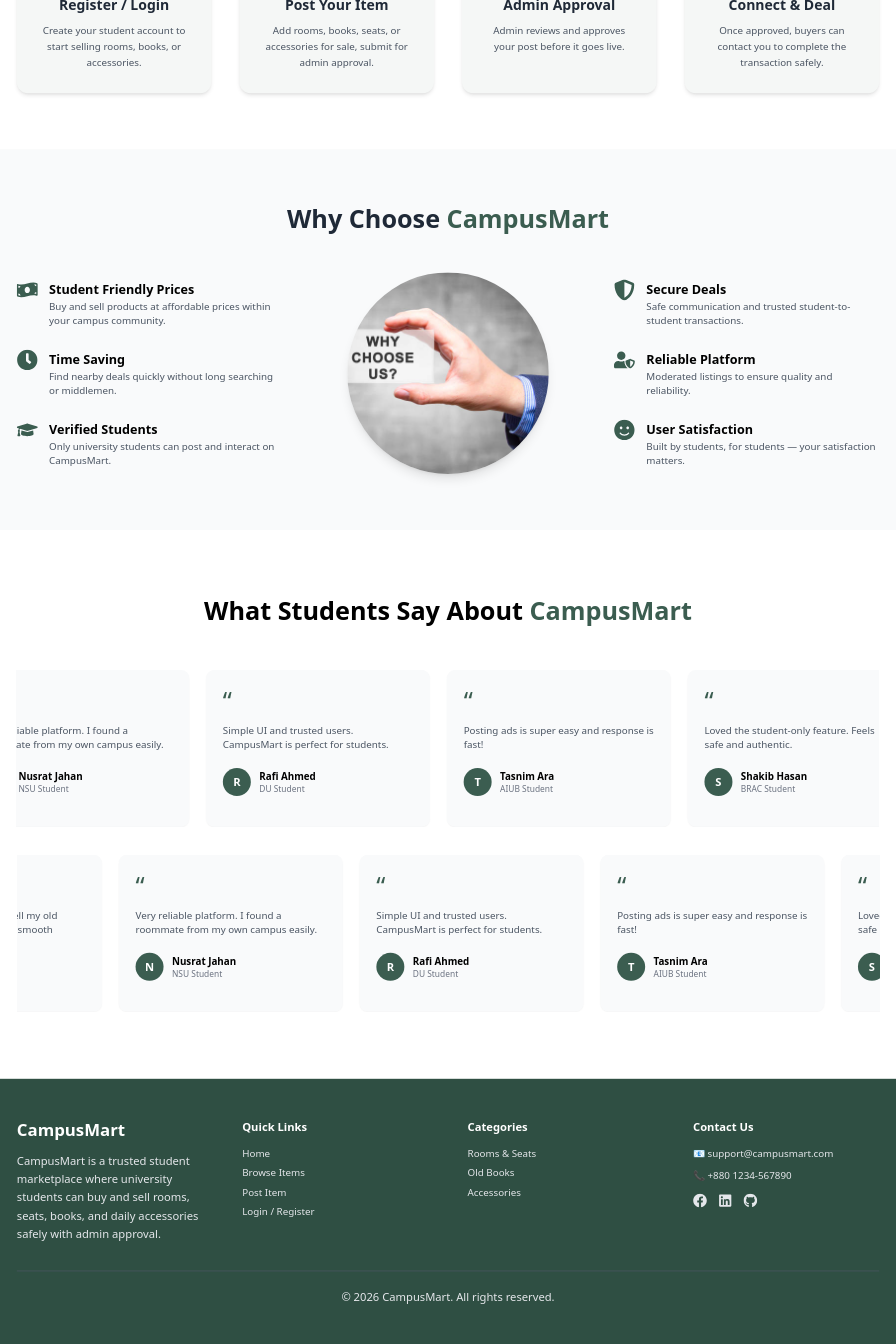
Repository: jahidhasanri/CAMPUSMART
Page: /
These files come from the project's save history. The page is drawn as it stood at one moment and after the next save; the edit follows.
The browser window is 1280 px wide. The pictures show the part of the page from y = 2293 to 4213 px (the page is 4213 px tall before and 4205 px after), at 70% of full size.
The project was rebuilt for these pictures with package versions that can differ from the ones it lists, and the page was loaded fresh each time. Also part of the build but not shown: vite.config.js, src/Pages/Login.jsx, src/Pages/Register.jsx, src/Pages/Posts.jsx.

Above is the page before, as saved 2026-01-19 00:12:04.

### index.html
<!doctype html>
<html lang="en">
  <head>
    <meta charset="UTF-8" />
    <link rel="icon" type="image/svg+xml" href="/vite.svg" />
    <meta name="viewport" content="width=device-width, initial-scale=1.0" />
    <title>campusmart</title>
  </head>
  <body>
    <div id="root"></div>
    <script type="module" src="/src/main.jsx"></script>
  </body>
</html>

### src/main.jsx
import { StrictMode } from 'react'
import { createRoot } from 'react-dom/client'
import './index.css'
import { RouterProvider } from 'react-router-dom'
import Router from './router/Router.jsx'


createRoot(document.getElementById('root')).render(
  <StrictMode>
    <RouterProvider router={Router} />
  </StrictMode>,
)

### src/index.css
@tailwind base;
@tailwind components;
@tailwind utilities;
@keyframes marquee {
  0% {
    transform: translateX(-50%);
  }
  100% {
    transform: translateX(0%);
  }
}

@keyframes marquee-reverse {
  0% {
    transform: translateX(0%);
  }
  100% {
    transform: translateX(-50%);
  }
}

.animate-marquee {
  animation: marquee 20s linear infinite;
}

.animate-marquee-reverse {
  animation: marquee-reverse 20s linear infinite;
}

### src/router/Router.jsx
import { createBrowserRouter } from "react-router-dom";
import Home from "../Pages/Home.jsx";
import Main from "../components/Main.jsx";
import Login from "../Pages/Login.jsx";
import Register from "../Pages/Register.jsx";
import Posts from "../Pages/Posts.jsx";


const Router = createBrowserRouter([
  {
    path: "/",
    element: <Main></Main>,
    children:[
        {
            index:true,
            element:<Home></Home>
        },
        {
          path:"/login",
          element:<Login></Login>
        },
        {
          path:"/register",
          element:<Register></Register>
        },
        {
          path:"/posts",
          element:<Posts></Posts>
        }
    ]
  },
]);

export default Router;

### src/Pages/Home.jsx
import React from 'react';
import Banner from '../components/Banner';
import Categories from '../components/Category';
import HowItWorks from '../components/HowItWorks';
import Posts from '../components/Posts';
import WhyChooseUs from '../components/WhyChooseUs';
import Testimonials from '../components/Testimonials';

const Home = () => {
    return (
        <div>
            <Banner></Banner>
            <Categories></Categories>
            <Posts></Posts>
            <HowItWorks></HowItWorks>
            <WhyChooseUs></WhyChooseUs>
            <Testimonials></Testimonials>
        </div>
    );
};

export default Home;

### src/components/Main.jsx
import React from 'react';
import { Outlet } from 'react-router-dom';
import Navbar from './Navbar';
import Footer from './Footer';

const Main = () => {
    return (
        <div className=''>
            <Navbar></Navbar>
            <div className="min-h-[calc(100vh-422px)]">

            <Outlet></Outlet>
            </div>
            <Footer></Footer>
        </div>
    );
};

export default Main;

### src/components/Banner.jsx
import { useState, useEffect } from "react";

const slides = [
  {
    title: "Find Rooms & Seats Inside Your Campus",
    subtitle:
      "Easily find or post available rooms and seats within your university area with admin approval.",
    image: "/images/room1.png",
  },
  {
    title: "Buy & Sell Previous Semester Books",
    subtitle:
      "Save money by buying used books or sell your old semester books to juniors.",
    image: "/images/books.png",
  },
  {
    title: "Student Accessories Marketplace",
    subtitle:
      "Calculator, table lamp, chair, bag and other student essentials - all in one place.",
    image: "/images/product-3.png",
  },
];

const Banner = () => {
  const [current, setCurrent] = useState(0);

  // auto slide
  useEffect(() => {
    const interval = setInterval(() => {
      setCurrent((prev) => (prev + 1) % slides.length);
    }, 10000);

    return () => clearInterval(interval);
  }, []);

  return (
    <div className="w-full bg-[#3b5d50]">
      <div className="max-w-[1300px] mx-auto px-4 py-20">
        <div className="grid grid-cols-1 md:grid-cols-2 items-center gap-10">

          {/* LEFT CONTENT */}
          <div className="text-white">
            <h1 className="text-3xl md:text-5xl font-bold mb-4 leading-tight">
              {slides[current].title}
            </h1>

            <p className="text-gray-200 text-lg mb-8">
              {slides[current].subtitle}
            </p>

            <div className="flex gap-4 flex-wrap">
              <button className="bg-white text-[#3b5d50] px-6 py-3 rounded-lg font-semibold hover:bg-gray-200 transition">
                Browse Items
              </button>
              <button className="border border-white px-6 py-3 rounded-lg font-semibold hover:bg-white hover:text-[#3b5d50] transition">
                Post an Item
              </button>
            </div>
          </div>

          {/* RIGHT IMAGE */}
          <div className="flex justify-center">
            <img
              src={slides[current].image}
              alt="banner"
              className="w-full max-h-[350px] max-w-[550px] object-contain"
            />
          </div>
        </div>

        {/* DOTS */}
        <div className="flex justify-center mt-10 gap-3">
          {slides.map((_, index) => (
            <button
              key={index}
              onClick={() => setCurrent(index)}
              className={`h-3 w-3 rounded-full ${
                current === index ? "bg-white" : "bg-gray-400"
              }`}
            ></button>
          ))}
        </div>
      </div>
    </div>
  );
};

export default Banner;

### src/components/Category.jsx
/* eslint-disable no-unused-vars */

import { motion } from "framer-motion";
import { FaHome, FaBook, FaShoppingBag } from "react-icons/fa";

const categories = [
  {
    title: "Rooms & Seats",
    desc: "Find or rent rooms and seats near your campus easily.",
    icon: <FaHome />,
  },
  {
    title: "Old Books",
    desc: "Buy and sell previous semester books at affordable prices.",
    icon: <FaBook />,
  },
  {
    title: "Accessories",
    desc: "Daily student essentials like bags, calculators, gadgets & more.",
    icon: <FaShoppingBag />,
  },
];

const fadeUp = {
  hidden: { opacity: 0, y: 60 },
  visible: {
    opacity: 1,
    y: 0,
    transition: {
      duration: 0.7,
      ease: "easeOut",
    },
  },
};

const Categories = () => {
  return (
    <section className="py-20 bg-[#f5f7f6]">
      <div className="max-w-[1300px] mx-auto px-6">

        {/* TITLE */}
        <motion.div
          variants={fadeUp}
          initial="hidden"
          whileInView="visible"
          viewport={{ once: true }}
          className="text-center mb-16"
        >
          <h2 className="text-3xl md:text-4xl font-bold text-gray-800 mb-4">
            Browse by Category
          </h2>
          <p className="text-gray-600 max-w-xl mx-auto">
            Explore categories specially designed for university students.
          </p>
        </motion.div>

        {/* CARDS */}
        <div className="grid grid-cols-1 md:grid-cols-2 lg:grid-cols-3 gap-10">
          {categories.map((item, index) => (
            <motion.div
              key={index}
              variants={fadeUp}
              initial="hidden"
              whileInView="visible"
              viewport={{ once: true }}
              transition={{ delay: index * 0.15 }}
              className="bg-white rounded-2xl p-8 shadow-md hover:shadow-lg transition-shadow duration-300"
            >
              <div className="text-4xl text-[#3b5d50] mb-6">
                {item.icon}
              </div>

              <h3 className="text-xl font-semibold text-gray-800 mb-3">
                {item.title}
              </h3>

              <p className="text-gray-600 text-sm leading-relaxed">
                {item.desc}
              </p>
            </motion.div>
          ))}
        </div>

      </div>
    </section>
  );
};

export default Categories;

### src/components/WhyChooseUs.jsx
import { FaClock, FaUserShield, FaSmile, FaGraduationCap, FaMoneyBillWave, FaShieldAlt } from "react-icons/fa";
import { motion } from "framer-motion";

const features = [
  {
    icon: <FaMoneyBillWave />,
    title: "Student Friendly Prices",
    desc: "Buy and sell products at affordable prices within your campus community."
  },
  {
    icon: <FaClock />,
    title: "Time Saving",
    desc: "Find nearby deals quickly without long searching or middlemen."
  },
  {
    icon: <FaGraduationCap />,
    title: "Verified Students",
    desc: "Only university students can post and interact on CampusMart."
  },
  {
    icon: <FaShieldAlt />,
    title: "Secure Deals",
    desc: "Safe communication and trusted student-to-student transactions."
  },
  {
    icon: <FaUserShield />,
    title: "Reliable Platform",
    desc: "Moderated listings to ensure quality and reliability."
  },
  {
    icon: <FaSmile />,
    title: "User Satisfaction",
    desc: "Built by students, for students — your satisfaction matters."
  },
];

// 🔥 Animation Variant
const fadeUp = {
  hidden: { opacity: 0, y: 60 },
  visible: { opacity: 1, y: 0 }
};

const WhyChooseUs = () => {
  return (
    <section className="py-20 bg-gray-50 overflow-hidden">
      <div className="max-w-7xl mx-auto px-6">

        {/* Title */}
        <motion.h2
          variants={fadeUp}
          initial="hidden"
          whileInView="visible"
          viewport={{ once: true }}
          transition={{ duration: 0.6 }}
          className="text-4xl font-bold text-center text-gray-800 mb-14"
        >
          Why Choose <span className="text-[#3b5d50]">CampusMart</span>
        </motion.h2>

        <div className="grid grid-cols-1 lg:grid-cols-3 gap-12 items-center">

          {/* Left Features */}
          <div className="space-y-8">
            {features.slice(0, 3).map((item, index) => (
              <motion.div
                key={index}
                variants={fadeUp}
                initial="hidden"
                whileInView="visible"
                viewport={{ once: true }}
                transition={{ duration: 0.6, delay: index * 0.15 }}
                className="flex items-start gap-4"
              >
                <div className="text-[#3b5d50] text-3xl">
                  {item.icon}
                </div>
                <div>
                  <h4 className="font-semibold text-lg">{item.title}</h4>
                  <p className="text-gray-600 text-sm">{item.desc}</p>
                </div>
              </motion.div>
            ))}
          </div>

          {/* Center Image */}
          <motion.div
            variants={fadeUp}
            initial="hidden"
            whileInView="visible"
            viewport={{ once: true }}
            transition={{ duration: 0.8 }}
            className="flex justify-center"
          >
            <img
              src="/images/whyChooseUs.jpg"
              alt="CampusMart Student"
              className="w-72 h-72 object-cover rounded-full shadow-lg"
            />
          </motion.div>

          {/* Right Features */}
          <div className="space-y-8">
            {features.slice(3).map((item, index) => (
              <motion.div
                key={index}
                variants={fadeUp}
                initial="hidden"
                whileInView="visible"
                viewport={{ once: true }}
                transition={{ duration: 0.6, delay: index * 0.15 }}
                className="flex items-start gap-4"
              >
                <div className="text-[#3b5d50] text-3xl">
                  {item.icon}
                </div>
                <div>
                  <h4 className="font-semibold text-lg">{item.title}</h4>
                  <p className="text-gray-600 text-sm">{item.desc}</p>
                </div>
              </motion.div>
            ))}
          </div>

        </div>
      </div>
    </section>
  );
};

export default WhyChooseUs;

### src/components/Testimonials.jsx
const testimonials = [
  {
    name: "Arafat Hossain",
    role: "BUBT Student",
    text: "CampusMart helped me sell my old books within hours. Super smooth experience!"
  },
  {
    name: "Nusrat Jahan",
    role: "NSU Student",
    text: "Very reliable platform. I found a roommate from my own campus easily."
  },
  {
    name: "Rafi Ahmed",
    role: "DU Student",
    text: "Simple UI and trusted users. CampusMart is perfect for students."
  },
  {
    name: "Tasnim Ara",
    role: "AIUB Student",
    text: "Posting ads is super easy and response is fast!"
  },
  {
    name: "Shakib Hasan",
    role: "BRAC Student",
    text: "Loved the student-only feature. Feels safe and authentic."
  },
];

const Testimonials = () => {
  return (
    <section className="py-24 bg-white overflow-hidden">
      <div className="max-w-7xl mx-auto px-6">

        {/* Title */}
        <h2 className="text-4xl font-bold text-center mb-16">
          What Students Say About <span className="text-[#3b5d50]">CampusMart</span>
        </h2>

        {/* TOP ROW → LEFT TO RIGHT */}
        <div className="relative mb-10 overflow-hidden">
          <div className="flex gap-6 animate-marquee hover:[animation-play-state:paused]">
            {[...testimonials, ...testimonials].map((item, i) => (
              <TestimonialCard key={i} {...item} />
            ))}
          </div>
        </div>

        {/* BOTTOM ROW → RIGHT TO LEFT */}
        <div className="relative overflow-hidden">
          <div className="flex gap-6 animate-marquee-reverse hover:[animation-play-state:paused]">
            {[...testimonials, ...testimonials].map((item, i) => (
              <TestimonialCard key={i} {...item} />
            ))}
          </div>
        </div>

      </div>
    </section>
  );
};

const TestimonialCard = ({ name, role, text }) => {
  return (
    <div className="min-w-[320px] max-w-[320px] bg-gray-50 rounded-xl p-6 shadow-sm">
      <p className="text-4xl text-[#3b5d50] mb-3">“</p>
      <p className="text-gray-600 text-sm mb-6">{text}</p>

      <div className="flex items-center gap-3">
        <div className="w-10 h-10 rounded-full bg-[#3b5d50] text-white flex items-center justify-center font-semibold">
          {name.charAt(0)}
        </div>
        <div>
          <h4 className="text-sm font-semibold">{name}</h4>
          <p className="text-xs text-gray-500">{role}</p>
        </div>
      </div>
    </div>
  );
};

export default Testimonials;

### src/components/Navbar.jsx

import { useState } from "react";
import { Link } from "react-router-dom";
import { TiShoppingCart } from "react-icons/ti";
import { HiMenuAlt3, HiX } from "react-icons/hi";

const Navbar = () => {
  const [menuOpen, setMenuOpen] = useState(false);

  const navLinks = [
    { name: "HOME", path: "/" },
    { name: "POSTS", path: "/products" },
    { name: "SERVICES", path: "/services" },
    { name: "ABOUT US", path: "/about" },
    { name: "BLOG", path: "/blog" },
    { name: "CONTACT", path: "/contact" },
  ];

  return (
    <header className="bg-[#3b5d50] text-white">
      <div className="max-w-[1300px]  mx-auto px-2 py-5">
        <div className="flex items-center justify-between h-16">

          {/* Logo */}
         <Link href={'/'}>
          <img src="/images/campu_logo-removebg-preview.png" className="w-[150px] h-26" alt="Green Nest Logo" />
         </Link>

          {/* Desktop Menu (lg only) */}
          <ul className="hidden lg:flex gap-10 font-normal text-sm">
            {navLinks.map((link) => {
              return (
                <li key={link.path}>
                  <Link
                    href={link.path}
                    className={`pb-1 transition-all duration-300`}
                  >
                    {link.name}
                  </Link>
                </li>
              );
            })}
          </ul>

          {/* Cart + Login (md and up) */}
          <Link href={'/login'} className="hidden md:flex items-center gap-6">
            <TiShoppingCart
              size={26}
              className="cursor-pointer hover:text-[#5a8139]"
            />
            <Link to={'/login'} className="bg-white text-[#3b5d50] px-6 py-2 rounded-lg font-semibold hover:bg-gray-200 transition">
                Login
              </Link>
          </Link>

          {/* Hamburger (md & sm only) */}
          <div className="lg:hidden">
            <button onClick={() => setMenuOpen(!menuOpen)}>
              {menuOpen ? <HiX size={28} /> : <HiMenuAlt3 size={28} />}
            </button>
          </div>
        </div>

        {/* Mobile + Tablet Menu */}
        {menuOpen && (
          <div className="lg:hidden mt-4">
            <ul className="flex flex-col gap-4 font-medium">
              {navLinks.map((link) => {
                return (
                  <li key={link.path}>
                    <Link
                      href={link.path}
                      onClick={() => setMenuOpen(false)}
                      className={`block pb-1`}
                    >
                      {link.name}
                    </Link>
                  </li>
                );
              })}
            </ul>

                <Link href={'/login'} className=" md:hidden items-center gap-6">
            <TiShoppingCart
              size={26}
              className="cursor-pointer mb-5 mt-5 hover:text-[#5a8139]"
            />
            <button className="bg-[#5a8139] mb-5 hover:bg-[#5b8139d7] px-4 py-1.5 cursor-pointer rounded">
              Login
            </button>
          </Link>

          </div>
        )}
      </div>
    </header>
  );
};

export default Navbar;

### src/components/Footer.jsx
import { FaFacebook, FaLinkedin, FaGithub } from "react-icons/fa";

const Footer = () => {
  return (
    <footer className="bg-[#2f4f43] text-gray-200">
      <div className="max-w-[1300px] mx-auto px-6 py-14">
        <div className=" grid grid-cols-1 md:grid-cols-2 lg:grid-cols-4 gap-14">

          {/* BRAND */}
          <div className="">
            <h2 className="text-2xl font-bold text-white mb-4">
              CampusMart
            </h2>
            <p className="text-[16px] leading-relaxed">
              CampusMart is a trusted student marketplace where university
              students can buy and sell rooms, seats, books, and daily
              accessories safely with admin approval.
            </p>
          </div>

          {/* QUICK LINKS */}
          <div>
            <h3 className="text-[16px] font-semibold text-white mb-4">
              Quick Links
            </h3>
            <ul className="space-y-2 text-sm">
              <li className="hover:text-white cursor-pointer">Home</li>
              <li className="hover:text-white cursor-pointer">Browse Items</li>
              <li className="hover:text-white cursor-pointer">Post Item</li>
              <li className="hover:text-white cursor-pointer">Login / Register</li>
            </ul>
          </div>

          {/* CATEGORIES */}
          <div>
            <h3 className="text-[16px] font-semibold text-white mb-4">
              Categories
            </h3>
            <ul className="space-y-2 text-sm">
              <li className="hover:text-white cursor-pointer">Rooms & Seats</li>
              <li className="hover:text-white cursor-pointer">Old Books</li>
              <li className="hover:text-white cursor-pointer">Accessories</li>
            </ul>
          </div>

          {/* CONTACT */}
          <div>
            <h3 className="text-[16px] font-semibold text-white mb-4">
              Contact Us
            </h3>
            <p className="text-sm mb-3">📧 support@campusmart.com</p>
            <p className="text-sm mb-4">📞 +880 1234-567890</p>

            <div className="flex gap-4 text-xl">
              <FaFacebook className="hover:text-white cursor-pointer" />
              <FaLinkedin className="hover:text-white cursor-pointer" />
              <FaGithub className="hover:text-white cursor-pointer" />
            </div>
          </div>

        </div>

        {/* BOTTOM */}
        <div className="border-t border-gray-600 mt-10 pt-6 text-center text-[16px]">
          © {new Date().getFullYear()} CampusMart. All rights reserved.
        </div>
      </div>
    </footer>
  );
};

export default Footer;

Loaded but not shown: tailwind.config.js (common file); src/components/Posts.jsx (201 lines, source omitted); src/components/HowItWorks.jsx (92 lines, source omitted)

After the next save:
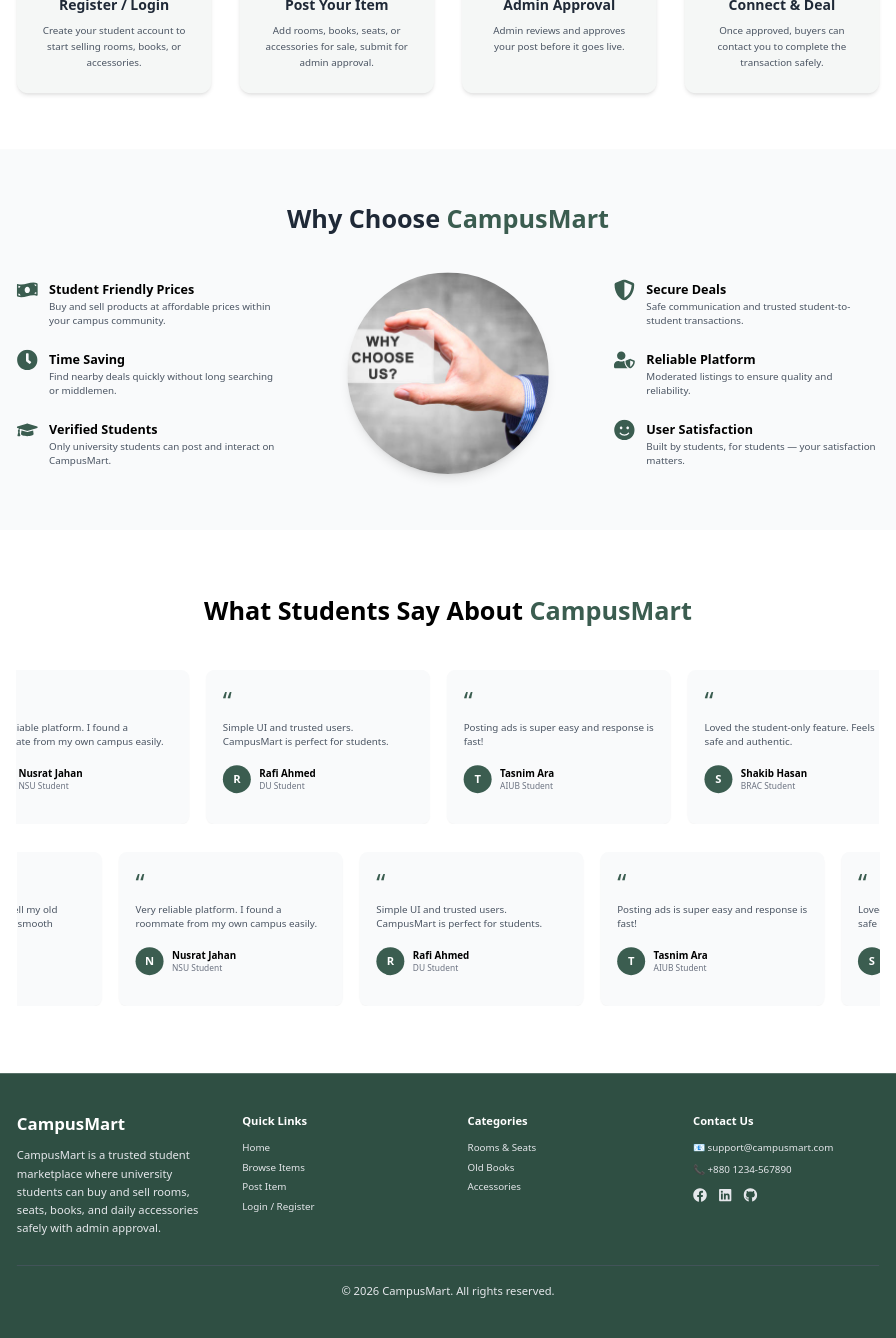
Saved 2 min 52 s later.
--- a/src/components/Testimonials.jsx
+++ b/src/components/Testimonials.jsx
@@ -62,7 +62,7 @@ const Testimonials = () => {
 const TestimonialCard = ({ name, role, text }) => {
   return (
     <div className="min-w-[320px] max-w-[320px] bg-gray-50 rounded-xl p-6 shadow-sm">
-      <p className="text-4xl text-[#3b5d50] mb-3">“</p>
+      <p className="text-4xl text-[#3b5d50] mb-2">“</p>
       <p className="text-gray-600 text-sm mb-6">{text}</p>
 
       <div className="flex items-center gap-3">
